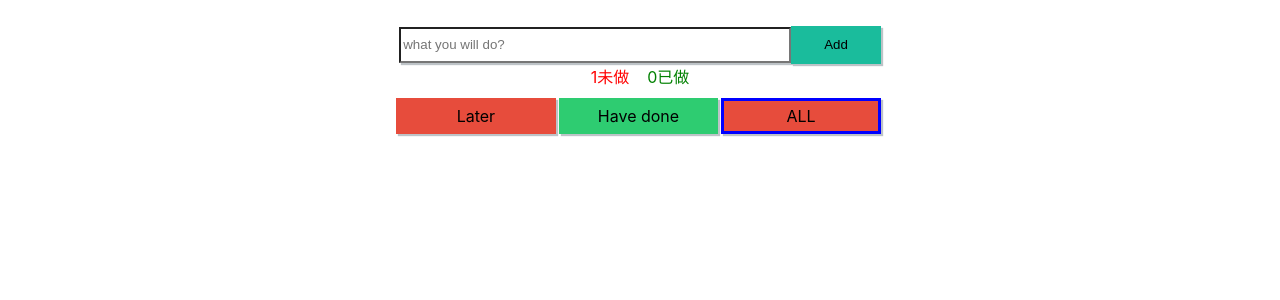
Repository: yurensmile/todolist
Page: /, after clicking the first element matching `button`
The author's editor kept a copy of each file at every save. The page is drawn from the files as they stood at one save, then again after the next save.
The browser window is 1280 px wide. The pictures show the whole page.
The project was rebuilt for these pictures with package versions that can differ from the ones it lists, and the page was loaded fresh each time. Also part of the build but not shown: src/All.js, src/HaveDone.js.

Above is the page before, as saved 2019-03-20 17:21:33.

### src/App.js
import React, { Component } from 'react';
import Todos from './Todos'
import './App.css';

class App extends Component {

  constructor() {
    super();
    this.state={
      inputValue: '',
      laters: [],
      havedones: [],
      checked: false,
      id: 1
    };
    this.updateHavedone = this.updateHavedone.bind(this);
    this.updateLaters = this.updateLaters.bind(this);
  }

  handleOnClick() {
    this.setState(state =>{
      const laters = state.laters.concat(state.inputValue);

      return {
        laters,
        inputValue: ""
      }
    })
    console.log(this.state.all);
  }
  updateInputValue(e) {
    this.setState({
      inputValue: e.target.value
    })
  }

// 点击了三栏内容
  contentOnclick(e) {
    let choice = e.target.innerHTML;
    this.setState((preState)=>{
      switch(choice){
        case "Later": return {id: 1};
        case "Have done": return {id: 2};
        case "ALL": return {id: 3};
        default: return {id:1};
      }
    })
  }

 // 如果todo中的某个被点击，则在todo中删除，并添加到havedone中
  updateHavedone(index, item){
    this.setState(state => {
      let n = state.laters.indexOf(item);
      let tem = state.laters.slice();
      tem.splice(n, 1);
      let havedones = state.havedones.concat(item);
      return ({
        havedones,
        laters: tem
      })
    })
  }

// 如果havedone中的某个被点击，则在havedone中删除，并添加到later中
  updateLaters(index, item){
    console.log("this is updatelaters");
    this.setState(state => {
      let n = state.havedones.indexOf(item);
      let tem = state.havedones.slice();
      tem.splice(n, 1);
      let laters = state.laters.concat(item);
      return({
        laters,
        havedones: tem
      })
    })
  }

  render() {
    return (
      <div className="App">
        <input type="text" placeholder="what you will do?" name="todo" value={this.state.inputValue} onChange={this.updateInputValue.bind(this)}/>
        <button onClick={this.handleOnClick.bind(this)}>Add</button><br/>
        <span style={{color: "red"}}>{this.state.laters.length}未做&nbsp;&nbsp;&nbsp;&nbsp;</span>
        <span style={{color: "green"}}>{this.state.havedones.length}已做</span>
        <div id="content" onClick={this.contentOnclick.bind(this)}>
          <div className="choice later">Later</div>
          <div className="choice havedone" >Have done</div>
          <div className="choice all">ALL</div>
        </div>
        {/* 列表内容 */}
        <Todos
          id={this.state.id}
          laters={this.state.laters}
          havedones={this.state.havedones}
          all={this.state.all}
          updateHavedones={this.updateHavedone}
          updateLaters={this.updateLaters}
        />
      </div>
    );
  }
}

export default App;

### src/Todos.js
import React, { Component } from 'react';
import All from './All'
import HaveDone from './HaveDone'
import Later from './Later'

class Todos extends Component{

  render(){
    return(
      <div>
        {
          (()=>{
            switch(this.props.id){
              case 1: return <Later laters={this.props.laters}
                                  updateHavedones={this.props.updateHavedones}
                                  />;
              case 2: return <HaveDone havedones={this.props.havedones}
                                  updateLaters={this.props.updateLaters}
                                  />;
              case 3: return <All laters={this.props.laters} havedones={this.props.havedones}/>
              default: console.log("sofunny");
            }

          })()}
      </div>
    )
  }
}
export default Todos;

### src/App.css
.App {
  margin-top: 2%;
  text-align: center;
}

input[type="checkbox"]{
  visibility: hidden;
}

ul{
  list-style-type: none;
}
li{
  display: inline-block;
  width: 100px;
  height: 40px;
  line-height: 30px;
  height: 30px;
  margin-bottom: 4px;
}
.choice{
  margin-top: 10px;
  margin-right: 3px;
  box-shadow: 2px 2px 1px rgba(189, 195, 199,1.0);
  display: inline-block;
  width: 12%;
  height: 30px;
  text-align: center;
  line-height: 30px;
  border:3px solid rgb(197, 193, 193);
}
.later{
  /* border-color: red; */
  background-color: rgba(231, 76, 60,1.0);
  border-color: rgba(231, 76, 60,1.0);
}
.havedone{
  /* border-color: green; */
  background-color:rgba(46, 204, 113,1.0);
  border-color: rgba(46, 204, 113,1.0);
}
.all{
  background-color: rgba(231, 76, 60,1.0);
  border-color: blue;
}

.toggle{
  display: inline-block;
}
.App-link {
  color: #61dafb;
}
input[type="text" ]{
  width: 30%;
  height: 30px;
  box-shadow: 2px 2px 1px rgba(189, 195, 199,1.0);
}

button{
  background-color: rgba(26, 188, 156,1.0);
  border: 0px;
  width: 7%;
  height: 38px;
  box-shadow: 2px 2px 1px rgba(189, 195, 199,1.0);
}

#content{
  margin-left: auto;
  margin-right: auto;

}

### src/Later.js
import React, { Component } from 'react';

class Later extends Component{
  constructor(props){
    super(props);
    this.state = {
      checked: false,
    };
  }

  // 点击了todo 列表的内容
  handleTodoOnclick(checked, index, item, e){
    // if e.target is not text
        // let box = e.target.previousSibling;
        this.setState((preState)=>{
          return {checked: !preState.checked}
        });
        if(checked){
          // thing to later
          // box.checked = false;
        }else{
          // thing to have done
          // box.checked = true;
  //如果later中的某个被点击，则在later中删除，并添加到havedone中
          this.props.updateHavedones(index, item);
        }
      }
  render(){
    return (
      <ul>
        {this.props.laters.map((item, index)=>{
          return (
            <div onClick={
              this.handleTodoOnclick.bind(this, this.state.checked, index, item)
              }>
              <input className="toggle" type="checkbox"/>
              <li style={{color: "red"}} key={index}>{item}</li>
            </div>
          )
        })}
      </ul>
    )
  }
}

export default Later;

Loaded but not shown: public/index.html (common file); src/index.js (common file); src/index.css (common file); src/serviceWorker.js (common file)

After the next save:
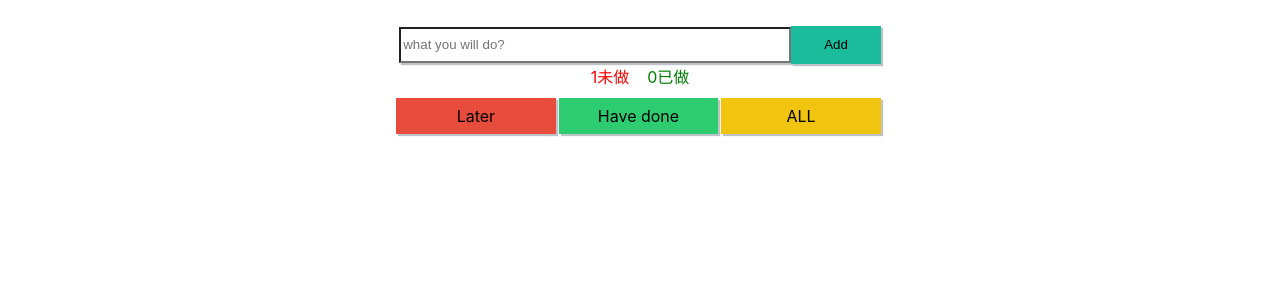
Saved 20 s later.
--- a/src/App.css
+++ b/src/App.css
@@ -40,8 +40,8 @@ li{
   border-color: rgba(46, 204, 113,1.0);
 }
 .all{
-  background-color: rgba(231, 76, 60,1.0);
-  border-color: blue;
+  background-color: rgba(241, 196, 15,1.0);
+  border-color: rgba(241, 196, 15,1.0);
 }
 
 .toggle{
